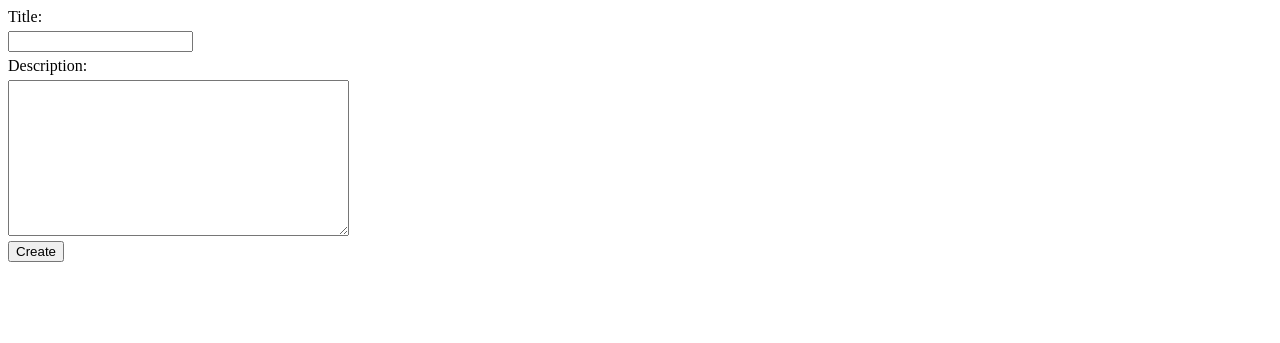
Repository: JasonMorta/Django-todo-crud-app
Page: http://localhost/create/
An editor plug-in stored every save of this project. The page is shown before and after the next save, followed by the edit.
The browser window is 1280 px wide. The pictures show the whole page.
The page is served by the project's application, run on Django 4.2 (manage.py). Other server files are loaded and not shown.

Above is the page before, as saved 2023-06-20 22:03:20.

### todo_list/todo_app/templates/todo_app/todo_create.html
<!DOCTYPE html>
<html lang="en">
<head>
  <meta charset="UTF-8">
  <meta http-equiv="X-UA-Compatible" content="IE=edge">
  <meta name="viewport" content="width=device-width, initial-scale=1.0">
  <title>Document</title>
</head>
<style>
  form {
    display: flex;
    flex-direction: column;
    align-items: flex-start;
    gap: 5px;
  }
</style>
<body>
  <form method="post">
    {% csrf_token %}

    {#  This is a Django template tag used to include a Cross-Site Request Forgery (CSRF) token within the form. The CSRF token is a security measure that helps prevent malicious websites from executing unauthorized actions on behalf of the user. #}

    {#  form.as_p will render a form with each field wrapped in a <p> tag. #}
    {#  form.as_div will render a form with each field wrapped in a <div> tag.  #}

    {{ form }}
    <button type="submit">Create</button>
  </form>

</body>
</html>

### todo_list/todo_app/forms.py
from django import forms
from .models import Todo

class TodoForm(forms.ModelForm):
    class Meta:
        model = Todo # The model that will be used to create the form
        fields = ['title', 'description']
        # The array contains the fields that will be displayed in the form.

### todo_list/todo_app/models.py
from django.db import models

# Create your models here.
from django.db import models

# models.Model is the base class for all models
class Todo(models.Model):
    title = models.CharField(max_length=50) # create a character field with a max length of 50
    description = models.TextField() # create a text field
    created_at = models.DateTimeField(auto_now_add=True) # add a date and time field to the model

    def __str__(self):
        return self.title # instead of 'Todo object (1)', the title will be displayed

### todo_list/todo_app/views.py
from django.shortcuts import render, redirect
from .models import Todo
from .forms import TodoForm

# Get the todo list from the database and render it to todo_list.html
# This function is called when the user navigates to the home page
def todo_list(request):
    # request = <WSGIRequest: GET '/'>
    # the request parameter contains the type of request (GET, POST, etc.)

    todos = Todo.objects.all() # get all the todos from the database
    # The all() method is used to retrieve all the objects of the specified model from the database.

    #The third argument is a dictionary that contains the data that will be rendered to the template.
    return render(request, 'todo_app/todo_list.html', {'todos': todos})


def todo_create(request):
    # request = <WSGIRequest: POST '/create/'>
    print(request.POST.get('title')) # get the title from the request
    # if the request method is POST, then the form is being submitted and save to the database
    if request.method == 'POST':

        # create a form instance and populate it with data from the request.
        form = TodoForm(request.POST)

        # The form would then look like this: <TodoForm bound=True, valid=False, fields=(title;description)>
        if form.is_valid(): # check if the form is valid (correct data types, etc.)
            form.save() # save the form to the database

            return redirect('todo_list') #redirect to todo_list.html / the home page

    # else, redirect to todo_create.html to render the form
    else:
        form = TodoForm()
        print('render(request,"todo_app/todo_create.html"')
    return render(request, 'todo_app/todo_create.html', {'form': form}) # navigate to todo_create.html


def todo_update(request, pk):
    print('todo_update')
    todo = Todo.objects.get(pk=pk)
    if request.method == 'POST':
        form = TodoForm(request.POST, instance=todo)
        if form.is_valid():
            form.save()
            return redirect('todo_list')
    else:
        form = TodoForm(instance=todo)
    return render(request, 'todo_app/todo_update.html', {'form': form})


def todo_delete(request, pk):
    todo = Todo.objects.get(pk=pk)
    if request.method == 'POST':
        todo.delete()
        return redirect('todo_list')
    return render(request, 'todo_app/todo_delete.html', {'todo': todo})

### todo_list/todo_list/urls.py
"""
URL configuration for todo_list project.

The `urlpatterns` list routes URLs to views. For more information please see:
    https://docs.djangoproject.com/en/4.2/topics/http/urls/
Examples:
Function views
    1. Add an import:  from my_app import views
    2. Add a URL to urlpatterns:  path('', views.home, name='home')
Class-based views
    1. Add an import:  from other_app.views import Home
    2. Add a URL to urlpatterns:  path('', Home.as_view(), name='home')
Including another URLconf
    1. Import the include() function: from django.urls import include, path
    2. Add a URL to urlpatterns:  path('blog/', include('blog.urls'))
"""
from django.urls import path
from todo_app.views import todo_list, todo_create, todo_update, todo_delete

urlpatterns = [
    path('', todo_list, name='todo_list'),
    path('create/', todo_create, name='todo_create'),
    path('update/<int:pk>/', todo_update, name='todo_update'),
    path('delete/<int:pk>/', todo_delete, name='todo_delete'),
]

After the next save:
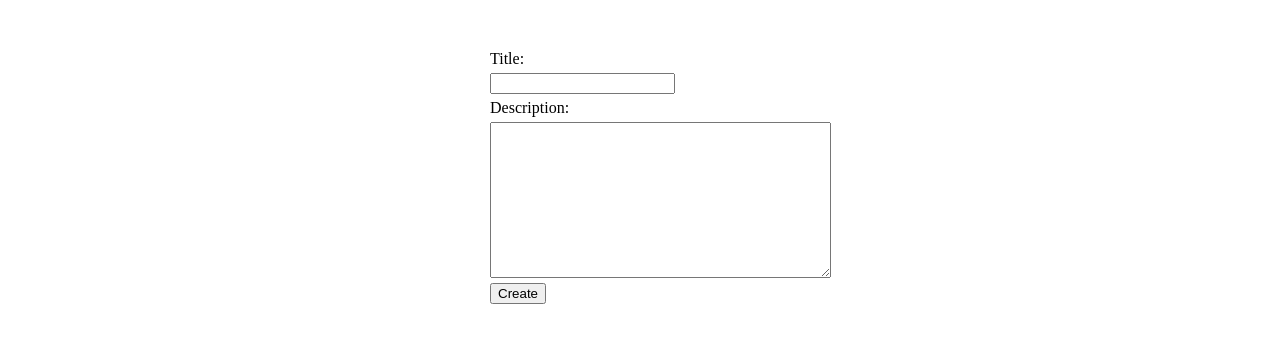
Saved 3 min 38 s later.
--- a/todo_list/todo_app/templates/todo_app/todo_create.html
+++ b/todo_list/todo_app/templates/todo_app/todo_create.html
@@ -12,6 +12,9 @@
     flex-direction: column;
     align-items: flex-start;
     gap: 5px;
+    width: 300px;
+    margin: auto;
+    margin-top: 50px;
   }
 </style>
 <body>
